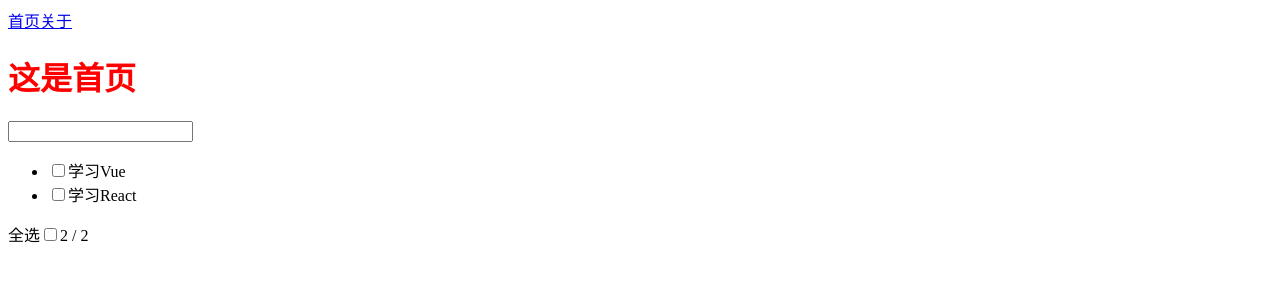
Repository: aiyoudiao/aiyou-vue3-example
Page: / (app in example-01/)
The author's editor kept a copy of each file at every save. The page is drawn from the files as they stood at one save, then again after the next save.
The browser window is 1280 px wide. The pictures show the whole page.
The project was rebuilt for these pictures with package versions that can differ from the ones it lists, and the page was loaded fresh each time. Also part of the build but not shown: example-01/vite.config.js, example-01/src/pages/about.vue.

Above is the page before, as saved 2021-11-01 15:46:00.

After the next save:
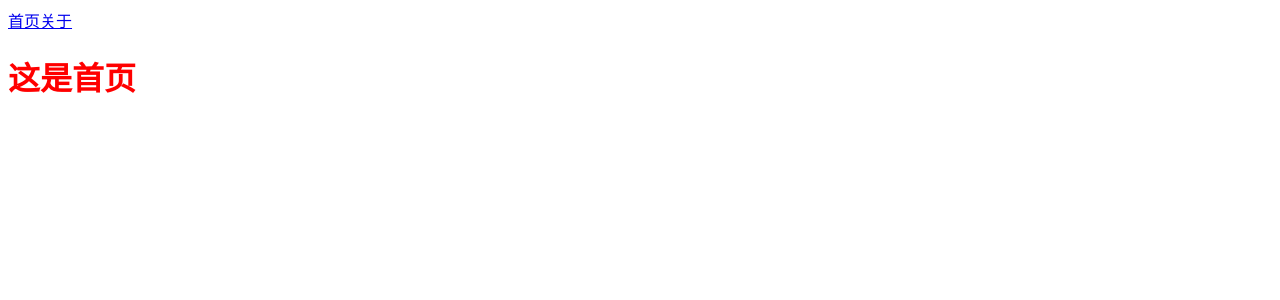
Console error: TypeError: Cannot read properties of undefined (reading 'length')
Saved 20 min 32 s later.
--- a/example-01/src/components/TodoList.vue
+++ b/example-01/src/components/TodoList.vue
@@ -4,14 +4,15 @@
         <button v-if="active < all" @click="clear">清理</button>
         <ul v-if="todos.length">
             <li v-for="todo in todos">
-                <input type="checkbox" v-model="todo.done">
-                <span :class="{done: todo.done}">{{todo.title}}</span>
+                <input type="checkbox" v-model="todo.done" />
+                <span :class="{ done: todo.done }">{{ todo.title }}</span>
             </li>
         </ul>
         <div v-else>暂无数据</div>
         <div>
-            全选<input type="checkbox" v-model="allDone" />
-            <span>{{active}} / {{all}}</span>
+            全选
+            <input type="checkbox" v-model="allDone" />
+            <span>{{ active }} / {{ all }}</span>
         </div>
     </div>
 </template>
@@ -19,39 +20,44 @@
 <script setup>
 
 import { ref, computed } from 'vue';
-let title = ref("")
-let todos = ref([
-    {title: '学习Vue', done: false},
-    {title: '学习React', done: false},
-])
 
-function addTodo() {
-    todos.value.push({
-        title: title.value,
-        done: false
+function useTodos() {
+    let title = ref("")
+    let todos = ref([
+        { title: '学习Vue', done: false },
+        { title: '学习React', done: false },
+    ])
+
+    function addTodo() {
+        todos.value.push({
+            title: title.value,
+            done: false
+        })
+        title.value = ""
+    }
+
+    function clear() {
+        todos.value = todos.value.filter((v) => !v.done)
+    }
+
+    let active = computed(() => {
+        return todos.value.filter((v) => !v.done).length
     })
-    title.value = ""
+
+    let all = computed(() => todos.value.length)
+    let allDone = computed({
+        get: function () {
+            return active.value === 0
+        },
+        set: function (value) {
+            todos.value.forEach((todo) => {
+                todo.done = value
+            })
+        }
+    })
 }
 
-function clear() {
-    todos.value = todos.value.filter((v) => !v.done)
-}
 
-let active = computed(() => {
-    return todos.value.filter((v) => !v.done).length
-})
-
-let all = computed(() => todos.value.length)
-let allDone = computed({
-    get: function () {
-        return active.value === 0
-    },
-    set: function(value) {
-        todos.value.forEach((todo) => {
-            todo.done = value
-        })
-    }
-})
 
 </script>
 

After the 2 saves that followed:
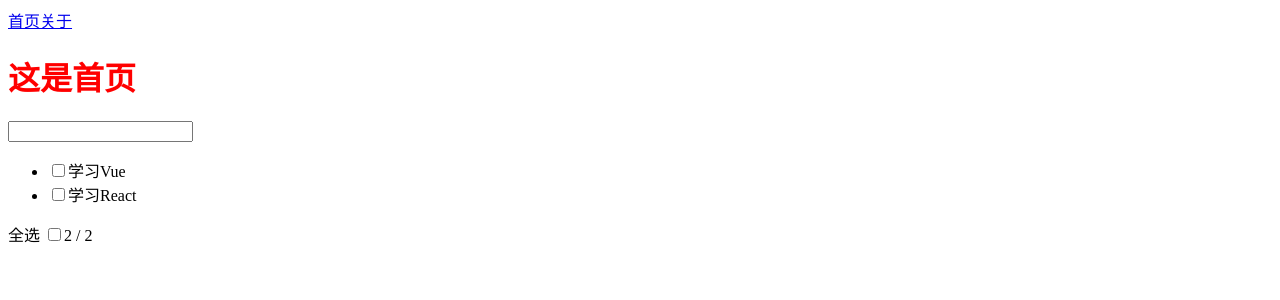
The error is gone.
The 2 saves are shown as one change because 1 left the picture as it was.
The last was saved 2 min 1 s later.
--- a/example-01/src/components/TodoList.vue
+++ b/example-01/src/components/TodoList.vue
@@ -55,8 +55,11 @@
             })
         }
     })
+
+    return {title,todos,addTodo,clear,active,all,allDone}
 }
 
+let {title,todos,addTodo,clear,active,all,allDone} = useTodos()
 
 
 </script>
